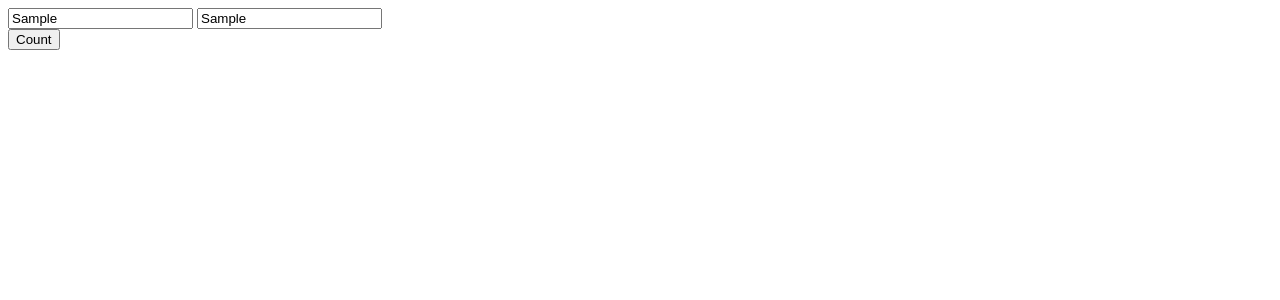
Repository: VikaChyhrynets/javascript
Page: index.html
The author's editor kept a copy of each file at every save. The page is drawn from the files as they stood at one save, then again after the next save.
The browser window is 1280 px wide. The pictures show the whole page.
Empty fields were first filled with sample values (such as "Sample", 5 or name@example.com).
After loading, the first visible `button` was clicked once.

Above is the page before, as saved 2023-07-16 10:06:08.
Console error: TypeError: Cannot set properties of null (setting 'textContent')

After the next save:
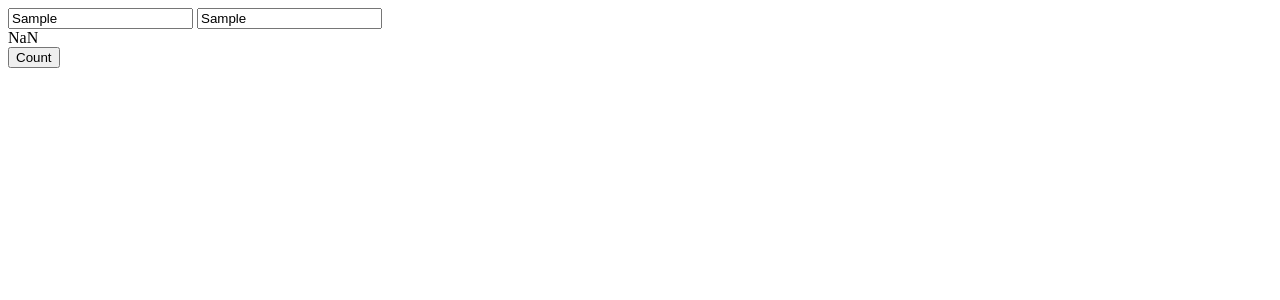
The error is gone.
Saved 59 s later.
--- a/events/events.js
+++ b/events/events.js
@@ -22,5 +22,5 @@ function sum() {
     const number1 = +document.querySelector('#number1').value;
     const number2 = +document.querySelector('#number2').value;
     const sum = number1 + number2;
-    document.querySelector('answer').textContent = sum;
+    document.querySelector('#answer').textContent = sum;
 }
